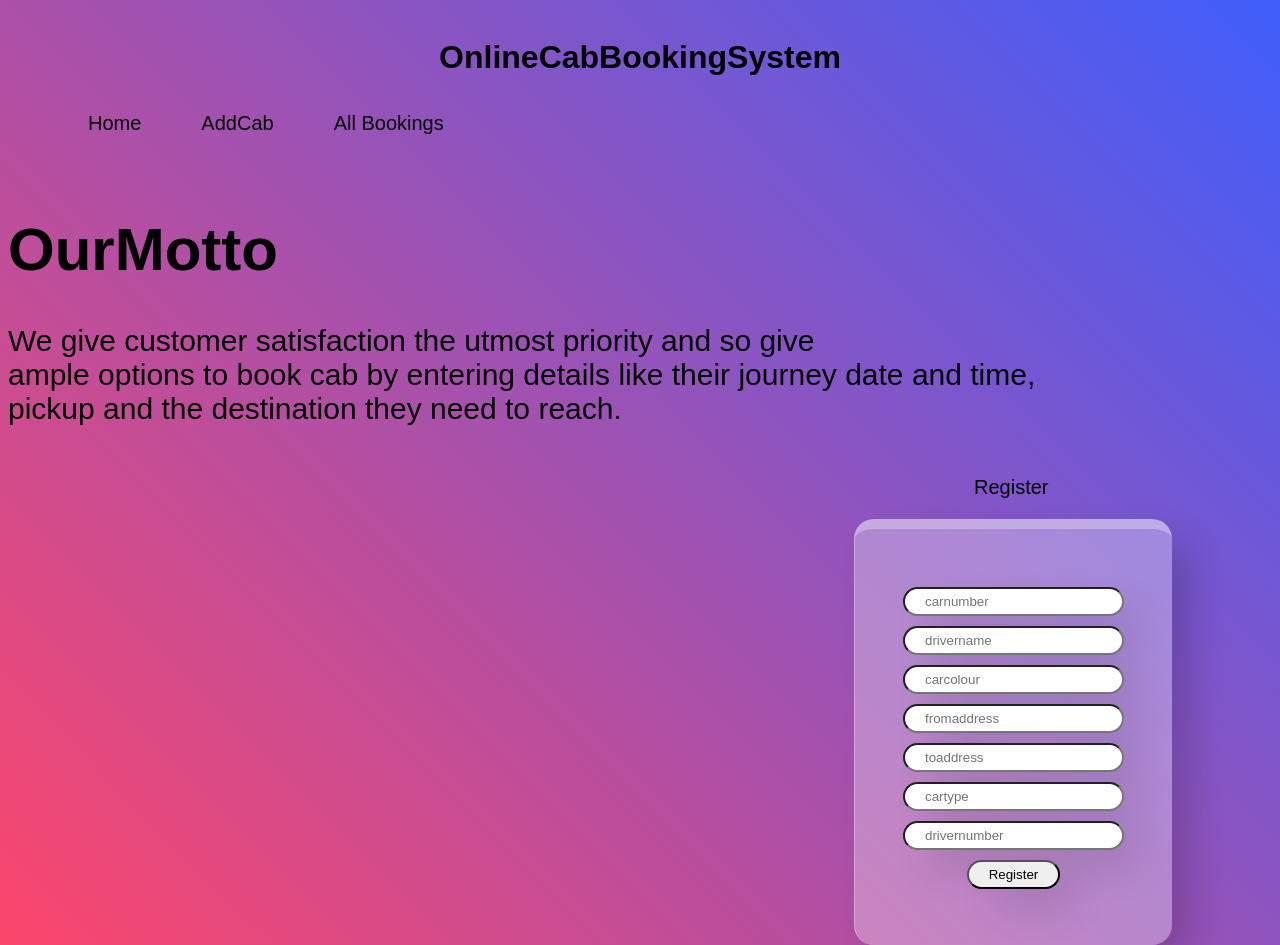
Repository: venkateshpillala/OnlineCabBookingSystem
Page: BookCab/src/main/webapp/AddCab.html
The author's editor kept a copy of each file at every save. The page is drawn from the files as they stood at one save, then again after the next save.
The browser window is 1280 px wide. The pictures show the whole page.

Above is the page before, as saved 2024-06-07 16:59:41.

### BookCab/src/main/webapp/AddCab.html
<!DOCTYPE html>
<html>
<head>
<meta charset="ISO-8859-1">
<title>OnlineCabBooking</title>
</head>
<style>
	body{

		background : linear-gradient(45deg,#FC466B,#3F5EFB);
		height : 100vh;
		font-family : "Montserrat", sans-serif;
	}
	form {
		font-family : "Montserrat", sans-serif;
		background : rgba(255,255,255,0.3) ;
		padding : 3em;
		height : 320px;
		border-radius : 20px;
		border-left : 1px solid rgba(255,255,255,0.3);
		border-top : 10px solid rgba(255,255,255,0.3);
		background-filter : blur(10px);
		box-shadow : 20px 20px 40px -6px rgba(0, 0, 0, 0.2);
		text-align : center;
		position : relative;
		transition : all 0.2 ease-in-out;
		margin-right : 100px;
	}
	input {
		border-radius : 20px;
		box-shadow : 20px 20px 40px -6px rgba(0, 0, 0, 0.2);
		padding  : 5px 20px;
		margin-top : 10px;
		background-filter : blur(10px);
	}

	.alignment{
		text-align : center;
		border-radius : 10px;
		padding: 10px;
	}
	ul {
  		list-style-type: none;
  		overflow: hidden;
	}

	li {
  		float: left;
	}

	li a {
  		display: block;
  		color : black;
  		text-align: center;
  		padding: 14px 30px;
  		text-decoration: none;
  		font-size : 20px;
	}

	li a:hover:not(.active) {
  		background-color: #111;
  		border-radius : 10px;
  		color : white;
	}
	.h{
		padding : 100px;
	}
	.left{
		float : left;
		font-size : 30px;
	}
	.right{
		float : right;
	}
	.para{
		padding-left : 120px;
		font-family : "Montserrat", sans-serif;
		font-size : 20px;
	}
	.over:hover:not(.active) {
  		background-color: #111;
  		border-radius : 10px;
  		color : white;
	}
</style>
<body>
<div class = "alignment">
	<h1 >OnlineCabBookingSystem</h1>
	<ul>
		<li><a href = "./Home.html">Home</a></li>
		<li><a href = "./AddCab.html">AddCab</a></li>
		<li><a href = "./AllBookings.html"> All Bookings</a></li>
	</ul>
</div>

<div >

	<div class = "left">
		<h1>OurMotto</h1>
		<p>We give customer satisfaction the utmost priority and so give<br> ample options
		to book cab by entering details like their journey date and time, <br>pickup and
		the destination they need to reach.
		</p>
	</div>
	<div class = "right">
	<p class = "para">Register</p>
		<form method = "post" action = "./cabregistration">

			<input type = "text" name = "carnumber" placeholder = "carnumber"/><br>
			<input type = "text" name = "drivername" placeholder = "drivername"/><br>
			<input type = "text" name = "carcolour" placeholder = "carcolour"/><br>
			<input type = "text" name = "fromaddress" placeholder = "fromaddress"/><br>
			<input type = "text" name = "toaddress" placeholder = "toaddress"/><br>
			<input type = "text" name = "cartype" placeholder = "cartype"/><br>
			<input type = "text" name = "drivernumber" placeholder = "drivernumber"/><br>

			<input class = "over" type =  "submit" value = "Register"/><br><br>


		</form>
	</div>
</div>


</body>
</html>

After the next save:
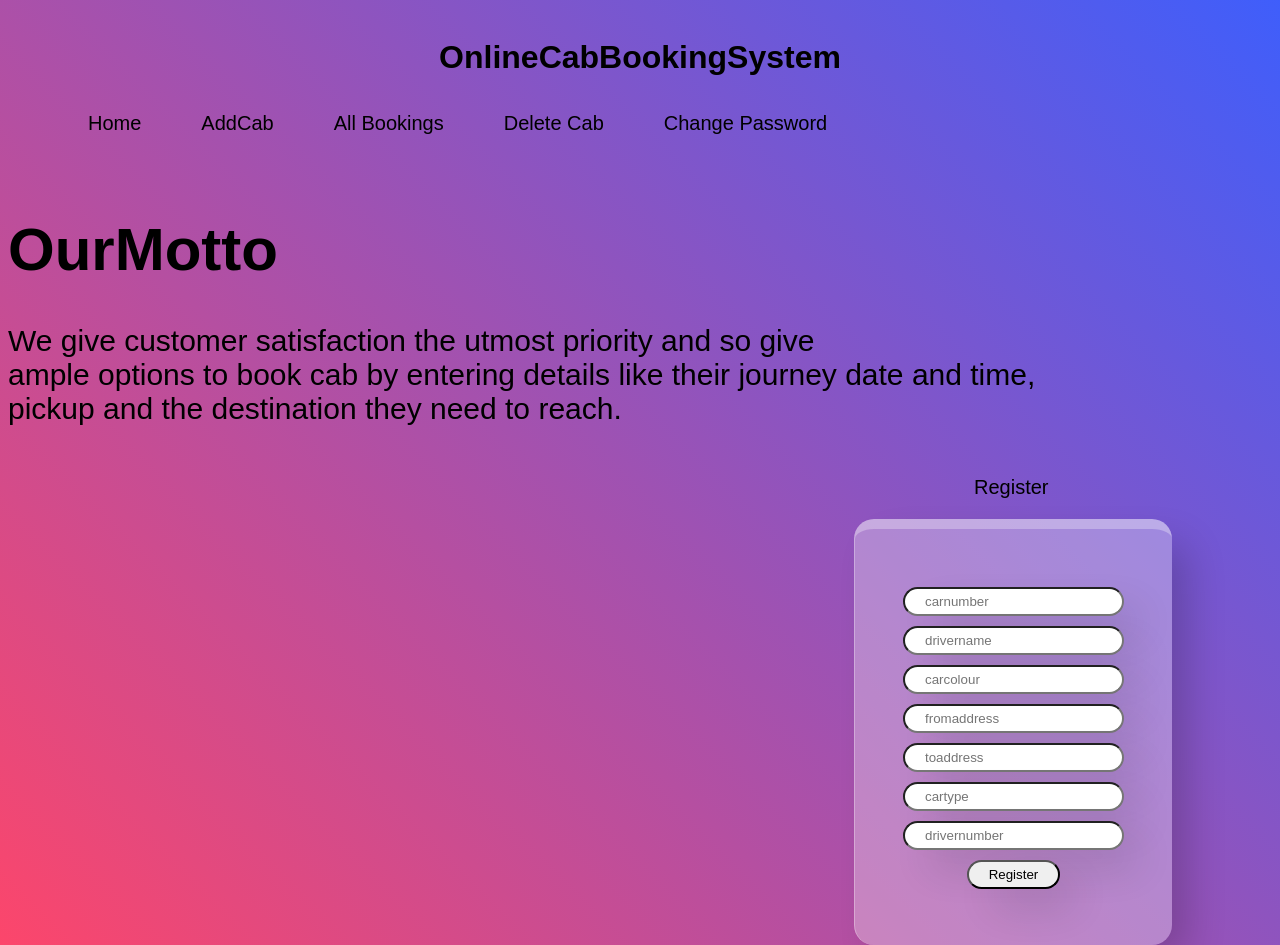
Saved 5 s later.
--- a/BookCab/src/main/webapp/AddCab.html
+++ b/BookCab/src/main/webapp/AddCab.html
@@ -90,6 +90,9 @@
 		<li><a href = "./Home.html">Home</a></li>
 		<li><a href = "./AddCab.html">AddCab</a></li>
 		<li><a href = "./AllBookings.html"> All Bookings</a></li>
+		<li><a href = "./deleteCab.html">Delete Cab</a></li>
+		<li><a href = "./changePassword.html">Change Password</a></li>
+
 	</ul>
 </div>
 
